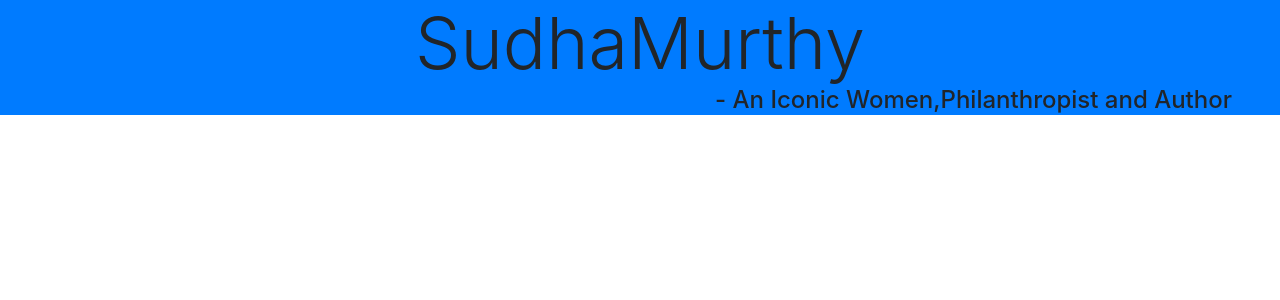
Repository: sumanthr18/RoleModel
Page: index.html
These files come from the project's save history. The page is drawn as it stood at one moment and after the next save; the edit follows.
The browser window is 1280 px wide. The pictures show the whole page.

Above is the page before, as saved 2020-03-14 14:21:12.

### index.html
<!DOCTYPE html>
<html lang="en">
<head>
    <meta charset="UTF-8">
    <meta name="viewport" content="width=device-width, initial-scale=1.0">
    <title>SudhaMurthy</title>
    <link rel="stylesheet" href="https://stackpath.bootstrapcdn.com/bootstrap/4.4.1/css/bootstrap.min.css" integrity="sha384-Vkoo8x4CGsO3+Hhxv8T/Q5PaXtkKtu6ug5TOeNV6gBiFeWPGFN9MuhOf23Q9Ifjh" crossorigin="anonymous">
</head>
<body>
    <header class="bg-primary">
        <h1 class="display-3 text-center my-0 ">SudhaMurthy</h1>
        <h4 class="text-right mr-5">- An Iconic Women,Philanthropist and Author</h4>
    </header>
</body>
</html>

After the next save:
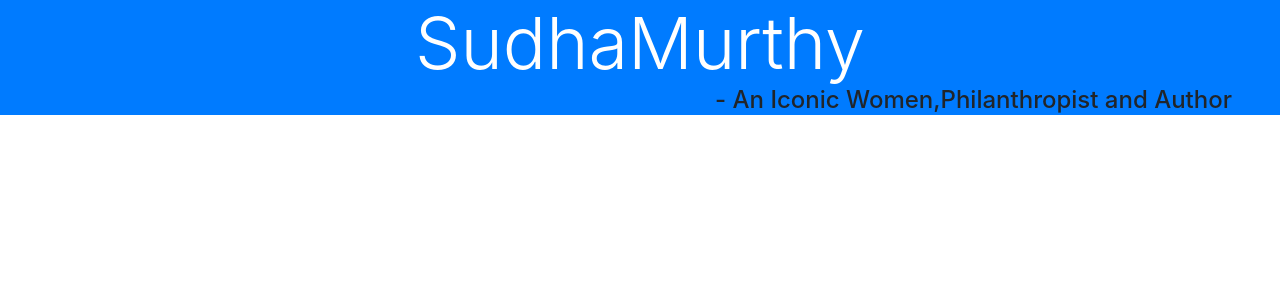
Saved 99 s later.
--- a/index.html
+++ b/index.html
@@ -8,7 +8,7 @@
 </head>
 <body>
     <header class="bg-primary">
-        <h1 class="display-3 text-center my-0 ">SudhaMurthy</h1>
+        <h1 class="display-3 text-center my-0 text-white ">SudhaMurthy</h1>
         <h4 class="text-right mr-5">- An Iconic Women,Philanthropist and Author</h4>
     </header>
 </body>
